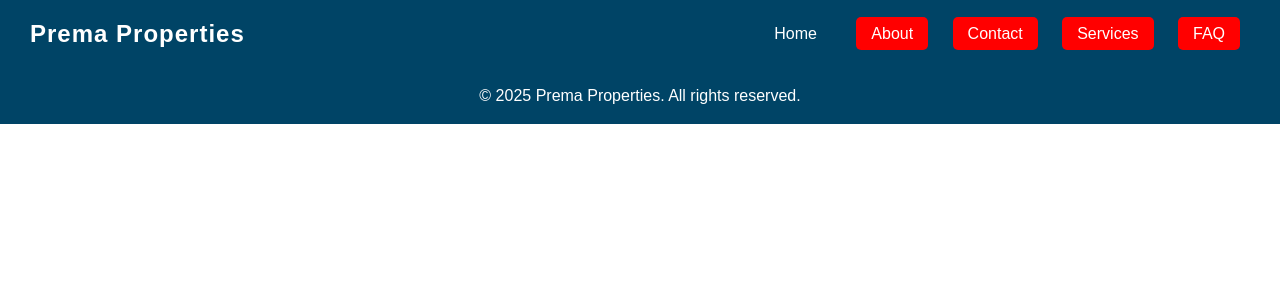
Repository: mnqobiMenzi/Prema-Properties
Page: FAQ.html
An editor plug-in stored every save of this project. The page is shown before and after the next save, followed by the edit.
The browser window is 1280 px wide. The pictures show the whole page.

Above is the page before, as saved 2025-10-04 08:52:01.

### FAQ.html
<!DOCTYPE html>
<html lang="en">
<head>
  <meta charset="UTF-8">
  <meta name="viewport" content="width=device-width, initial-scale=1.0">
  <title>Prema Properties</title>
  <link rel="stylesheet" href="CSS/style.css">
</head>
<body>

  <!-- Header / Navigation -->
  <header>
    <div class="logo">Prema Properties</div>
    <nav>
      <a href="index.html">Home</a>
      <a href="about-us.html" class="active">About</a>
      <a href="contact-us.html" class="active">Contact</a>
      <a href="services.html" class="active">Services</a>
      <a href="#FAQ" class="active">FAQ</a>
    </nav>
  </header>


  <!-- Footer -->
  <footer>
    <p>© 2025 Prema Properties. All rights reserved.</p>
  </footer>

</body>
</html>

### CSS/style.css
* {
  margin: 0;
  padding: 0;
  box-sizing: border-box;
  font-family: Arial, sans-serif;
}

body {
  line-height: 1.6;
  color: #333;
}

/* Header */
header {
  position: sticky;
  top: 0;
  display: flex;
  justify-content: space-between;
  align-items: center;
  padding: 15px 30px;
  background: #004466;
  color: #fff;
  z-index: 1000;
}
header .logo {
  font-size: 1.5em;
  font-weight: 700;
  font-family: 'Poppins', sans-serif;
  color: #fff;
  letter-spacing: 1px;
  display: flex;
  align-items: center;
}
header nav a {
  margin: 0 10px;
  color: #fff;
  padding: 8px 15px;
  border-radius: 5px;
  text-decoration: none;
  font-weight: 500;
  font-family: 'Poppins', sans-serif;
  transition: color 0.3s ease, border-bottom 0.3s ease;
}

header nav a:hover {
  color: #fff;
  background: rgba(128, 128, 128, 0.3);
  /* border-bottom: 2px solid #ffcc00; */
  padding-bottom: 3px;
}
/* Active link */
header nav a.active {
  /* background: #ffcc00;
  font-weight: bold;
  border-bottom: 2px solid #004466; */
  background: red;
}
/* Hero */
.hero {
  background: url('https://source.unsplash.com/1600x600/?house,property') no-repeat center center/cover;
  color: white;
  text-align: center;
  padding: 100px 20px;
}
.hero h1 {
  font-size: 2.5em;
}
.hero .btn {
  display: inline-block;
  margin-top: 20px;
  padding: 10px 20px;
  background: #ff6600;
  color: white;
  border-radius: 5px;
  text-decoration: none;
}
.hero .btn:hover {
  background: #cc5200;
}

/* Sections */
section {
  padding: 50px 20px;
  text-align: center;
}
.services .service-list {
  display: grid;
  grid-template-columns: repeat(auto-fit, minmax(200px, 1fr));
  gap: 20px;
  margin-top: 20px;
}
.service {
  background: #f4f4f4;
  padding: 20px;
  border-radius: 10px;
}

/* Contact */
.contact form {
  display: flex;
  flex-direction: column;
  max-width: 400px;
  margin: auto;
}
.contact input, .contact textarea {
  margin-bottom: 15px;
  padding: 10px;
  border: 1px solid #ddd;
  border-radius: 5px;
}
.contact button {
  padding: 10px;
  border: none;
  background: #004466;
  color: white;
  cursor: pointer;
  border-radius: 5px;
}
.contact button:hover {
  background: #00334d;
}

/* Footer */
footer {
  background: #004466;
  color: #fff;
  text-align: center;
  padding: 15px;
}

After the next save:
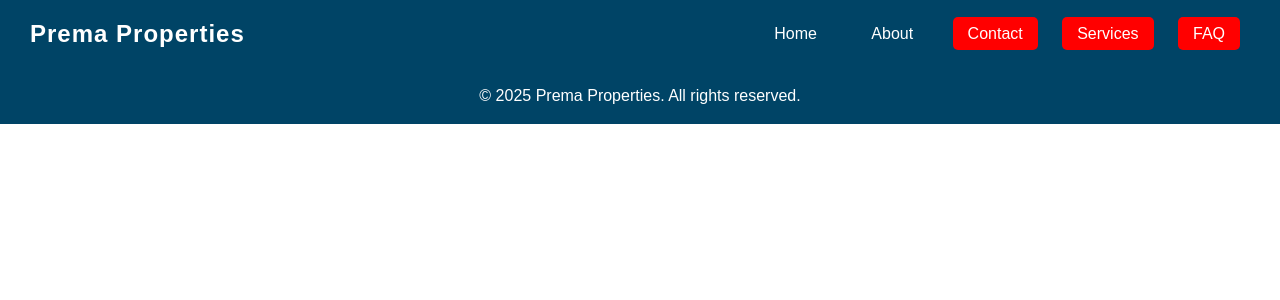
Saved 5 s later.
--- a/FAQ.html
+++ b/FAQ.html
@@ -13,7 +13,7 @@
     <div class="logo">Prema Properties</div>
     <nav>
       <a href="index.html">Home</a>
-      <a href="about-us.html" class="active">About</a>
+      <a href="about-us.html">About</a>
       <a href="contact-us.html" class="active">Contact</a>
       <a href="services.html" class="active">Services</a>
       <a href="#FAQ" class="active">FAQ</a>
